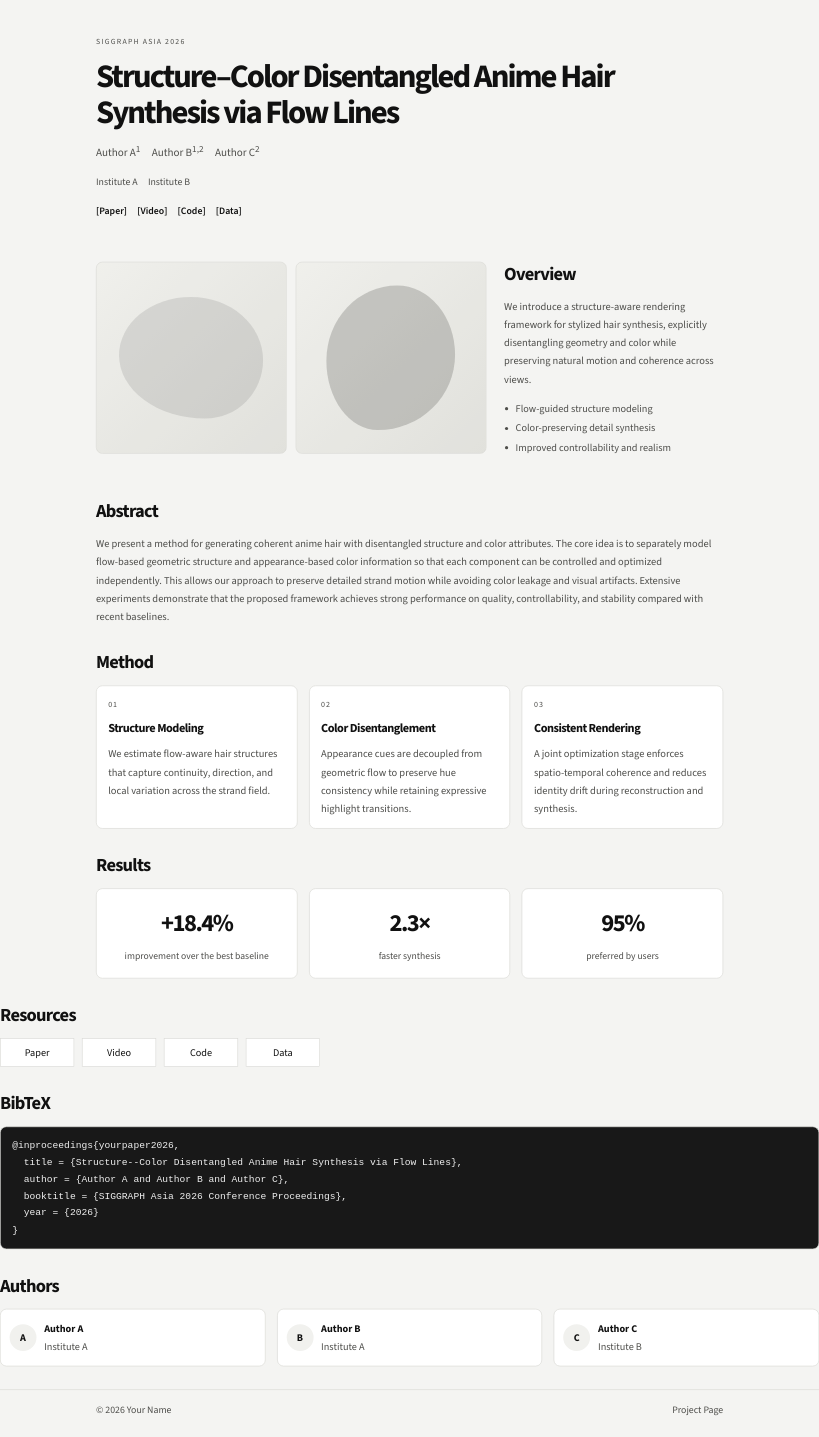
Repository: zty0304/FlowLines-web
Page: index.html
These files come from the project's save history. The page is drawn as it stood at one moment and after the next save; the edit follows.
The browser window is 1280 px wide. The pictures show the whole page, at 64% of full size.

Above is the page before, as saved 2026-08-31 15:16:36.

### index.html
<!DOCTYPE html>
<html lang="en">
  <head>
    <meta charset="UTF-8" />
    <meta name="viewport" content="width=device-width, initial-scale=1.0" />
    <meta
      name="description"
      content="Academic project page template for a SIGGRAPH-style paper landing page."
    />
    <title>Your Paper Title</title>
    <link rel="preconnect" href="https://fonts.googleapis.com" />
    <link rel="preconnect" href="https://fonts.gstatic.com" crossorigin />
    <link
      href="https://fonts.googleapis.com/css2?family=Source+Sans+3:wght@400;500;600;700&display=swap"
      rel="stylesheet"
    />
    <link rel="stylesheet" href="styles.css" />
  </head>
  <body>
    <div class="page-shell">
      <div class="container">
        <header class="hero">
          <div class="badge">SIGGRAPH Asia 2026</div>
          <h1>Structure–Color Disentangled Anime Hair Synthesis via Flow Lines</h1>

          <div class="authors">
            <span>Author A<sup>1</sup></span>
            <span>Author B<sup>1,2</sup></span>
            <span>Author C<sup>2</sup></span>
          </div>

          <div class="affiliations">
            <span>Institute A</span>
            <span>Institute B</span>
          </div>

          <div class="links">
            <a href="https://example.com/paper.pdf" target="_blank" rel="noreferrer">[Paper]</a>
            <a href="https://example.com/video" target="_blank" rel="noreferrer">[Video]</a>
            <a href="https://github.com/yourname/yourrepo" target="_blank" rel="noreferrer">[Code]</a>
            <a href="https://example.com/dataset" target="_blank" rel="noreferrer">[Data]</a>
          </div>
        </header>

        <section class="teaser">
          <div class="teaser-figure">
            <div class="figure-panel figure-left"></div>
            <div class="figure-panel figure-right"></div>
          </div>
          <div class="teaser-copy">
            <h2>Overview</h2>
            <p>
              We introduce a structure-aware rendering framework for stylized hair synthesis,
              explicitly disentangling geometry and color while preserving natural motion and
              coherence across views.
            </p>
            <ul>
              <li>Flow-guided structure modeling</li>
              <li>Color-preserving detail synthesis</li>
              <li>Improved controllability and realism</li>
            </ul>
          </div>
        </section>

        <section id="abstract" class="section">
          <h2>Abstract</h2>
          <p>
            We present a method for generating coherent anime hair with disentangled structure and
            color attributes. The core idea is to separately model flow-based geometric structure and
            appearance-based color information so that each component can be controlled and optimized
            independently. This allows our approach to preserve detailed strand motion while avoiding
            color leakage and visual artifacts. Extensive experiments demonstrate that the proposed
            framework achieves strong performance on quality, controllability, and stability compared
            with recent baselines.
          </p>
        </section>

        <section id="method" class="section">
          <h2>Method</h2>
          <div class="card-grid">
            <article class="card">
              <div class="card-index">01</div>
              <h3>Structure Modeling</h3>
              <p>
                We estimate flow-aware hair structures that capture continuity, direction, and local
                variation across the strand field.
              </p>
            </article>
            <article class="card">
              <div class="card-index">02</div>
              <h3>Color Disentanglement</h3>
              <p>
                Appearance cues are decoupled from geometric flow to preserve hue consistency while
                retaining expressive highlight transitions.
              </p>
            </article>
            <article class="card">
              <div class="card-index">03</div>
              <h3>Consistent Rendering</h3>
              <p>
                A joint optimization stage enforces spatio-temporal coherence and reduces identity drift
                during reconstruction and synthesis.
              </p>
            </article>
          </div>
        </section>

        <section id="results" class="section">
          <h2>Results</h2>
          <div class="stats">
            <div class="stat">
              <strong>+18.4%</strong>
              <span>improvement over the best baseline</span>
            </div>
            <div class="stat">
              <strong>2.3×</strong>
              <span>faster synthesis</span>
            </div>
            <div class="stat">
              <strong>95%</strong>
              <span>preferred by users</span>
            </div>
          </div>
        </div>

        <section class="section">
          <h2>Resources</h2>
          <div class="resources">
            <a href="https://example.com/paper.pdf" target="_blank" rel="noreferrer">Paper</a>
            <a href="https://example.com/video" target="_blank" rel="noreferrer">Video</a>
            <a href="https://github.com/yourname/yourrepo" target="_blank" rel="noreferrer">Code</a>
            <a href="https://example.com/dataset" target="_blank" rel="noreferrer">Data</a>
          </div>
        </section>

        <section id="citation" class="section">
          <h2>BibTeX</h2>
          <pre>@inproceedings{yourpaper2026,
  title = {Structure--Color Disentangled Anime Hair Synthesis via Flow Lines},
  author = {Author A and Author B and Author C},
  booktitle = {SIGGRAPH Asia 2026 Conference Proceedings},
  year = {2026}
}</pre>
        </section>

        <section id="team" class="section">
          <h2>Authors</h2>
          <div class="team">
            <div class="person">
              <div class="avatar">A</div>
              <div>
                <strong>Author A</strong>
                <span>Institute A</span>
              </div>
            </div>
            <div class="person">
              <div class="avatar">B</div>
              <div>
                <strong>Author B</strong>
                <span>Institute A</span>
              </div>
            </div>
            <div class="person">
              <div class="avatar">C</div>
              <div>
                <strong>Author C</strong>
                <span>Institute B</span>
              </div>
            </div>
          </div>
        </section>
      </div>

      <footer class="footer">
        <div class="container footer-inner">
          <span>© <span id="year"></span> Your Name</span>
          <span>Project Page</span>
        </div>
      </footer>
    </div>

    <script src="script.js"></script>
  </body>
</html>

### styles.css
:root {
  --bg: #f4f4f2;
  --panel: #ffffff;
  --soft: #f1f1ee;
  --line: #d9d9d5;
  --text: #111111;
  --muted: #4e4e4b;
  --accent: #1f1f1f;
}

* {
  box-sizing: border-box;
}

html {
  scroll-behavior: smooth;
}

body {
  margin: 0;
  background: var(--bg);
  color: var(--text);
  font-family: "Source Sans 3", sans-serif;
  line-height: 1.7;
}

img {
  max-width: 100%;
  display: block;
}

p,
li,
span {
  color: var(--muted);
}

a {
  color: inherit;
  text-decoration: none;
}

.page-shell {
  min-height: 100vh;
}

.container {
  width: min(980px, calc(100% - 32px));
  margin: 0 auto;
}

.hero {
  padding-top: 54px;
  padding-bottom: 26px;
}

.badge {
  font-size: 0.76rem;
  letter-spacing: 0.16em;
  text-transform: uppercase;
  color: var(--muted);
  margin-bottom: 16px;
}

h1 {
  margin: 0;
  font-size: clamp(2.3rem, 4vw, 3.5rem);
  line-height: 1.1;
  letter-spacing: -0.06em;
}

.authors,
.affiliations,
.links {
  margin-top: 18px;
}

.authors {
  display: flex;
  flex-wrap: wrap;
  gap: 18px;
  font-size: 1.08rem;
}

.affiliations {
  display: flex;
  flex-wrap: wrap;
  gap: 16px;
  font-size: 0.96rem;
}

.links {
  display: flex;
  flex-wrap: wrap;
  gap: 16px;
  font-size: 0.96rem;
  font-weight: 600;
}

.teaser {
  display: grid;
  grid-template-columns: 1.4fr 0.8fr;
  gap: 22px;
  align-items: center;
  padding: 18px 0 10px;
}

.teaser-figure {
  display: grid;
  grid-template-columns: repeat(2, minmax(0, 1fr));
  gap: 14px;
  min-height: 300px;
}

.figure-panel {
  border: 1px solid var(--line);
  background: linear-gradient(135deg, #ecece7 0%, #dadad4 100%);
  border-radius: 10px;
  min-height: 260px;
  position: relative;
  overflow: hidden;
}

.figure-panel::before,
.figure-panel::after {
  content: "";
  position: absolute;
  inset: 0;
  background: rgba(255, 255, 255, 0.18);
}

.figure-left::after {
  inset: 18% 12% 18% 12%;
  border-radius: 50% 50% 40% 60% / 48% 52% 48% 52%;
  background: rgba(123, 123, 120, 0.2);
}

.figure-right::after {
  inset: 12% 16% 12% 16%;
  border-radius: 55% 45% 60% 40% / 52% 48% 52% 48%;
  background: rgba(77, 77, 74, 0.25);
}

.teaser-copy {
  padding: 18px 6px;
}

.teaser-copy h2,
.section h2 {
  margin: 0 0 12px;
  font-size: 1.8rem;
  letter-spacing: -0.04em;
}

.teaser-copy p,
.section p {
  margin: 0;
  font-size: 1.02rem;
  line-height: 1.75;
}

.teaser-copy ul {
  margin: 16px 0 0;
  padding-left: 18px;
  line-height: 1.9;
}

.section {
  padding-top: 32px;
}

.card-grid {
  display: grid;
  grid-template-columns: repeat(3, minmax(0, 1fr));
  gap: 18px;
  margin-top: 8px;
}

.card {
  border: 1px solid var(--line);
  background: var(--panel);
  padding: 18px 18px 16px;
  border-radius: 10px;
}

.card-index {
  color: var(--muted);
  font-size: 0.78rem;
  letter-spacing: 0.12em;
  margin-bottom: 10px;
}

.card h3 {
  margin: 0 0 10px;
  font-size: 1.2rem;
  letter-spacing: -0.04em;
}

.card p {
  margin: 0;
}

.stats {
  display: grid;
  grid-template-columns: repeat(3, minmax(0, 1fr));
  gap: 18px;
  margin-top: 12px;
}

.stat {
  border: 1px solid var(--line);
  background: var(--panel);
  border-radius: 10px;
  padding: 20px 16px;
  text-align: center;
}

.stat strong {
  display: block;
  font-size: clamp(1.8rem, 3vw, 2.5rem);
  letter-spacing: -0.06em;
  margin-bottom: 6px;
}

.stat span {
  color: var(--muted);
  font-size: 0.94rem;
}

.resources {
  display: flex;
  flex-wrap: wrap;
  gap: 12px;
  margin-top: 8px;
}

.resources a {
  display: inline-flex;
  align-items: center;
  justify-content: center;
  min-width: 116px;
  border: 1px solid var(--line);
  background: var(--panel);
  padding: 8px 12px;
}

pre {
  margin: 0;
  padding: 16px 18px;
  border: 1px solid var(--line);
  border-radius: 10px;
  background: #181818;
  color: #f1f1f1;
  overflow-x: auto;
  white-space: pre-wrap;
  line-height: 1.75;
  font-size: 0.94rem;
}

.team {
  display: grid;
  grid-template-columns: repeat(3, minmax(0, 1fr));
  gap: 18px;
  margin-top: 10px;
}

.person {
  display: flex;
  align-items: center;
  gap: 12px;
  background: var(--panel);
  border: 1px solid var(--line);
  border-radius: 10px;
  padding: 16px 14px;
}

.avatar {
  width: 42px;
  height: 42px;
  border-radius: 50%;
  display: grid;
  place-items: center;
  background: var(--soft);
  font-weight: 700;
}

.person strong {
  display: block;
  color: var(--text);
  margin-bottom: 2px;
}

.footer {
  border-top: 1px solid var(--line);
  margin-top: 36px;
  padding: 18px 0 30px;
}

.footer-inner {
  display: flex;
  justify-content: space-between;
  align-items: center;
  gap: 10px;
  flex-wrap: wrap;
  font-size: 0.96rem;
}

@media (max-width: 760px) {
  .teaser,
  .card-grid,
  .stats,
  .team {
    grid-template-columns: 1fr;
  }

  .teaser {
    display: block;
  }

  .teaser-figure {
    margin-bottom: 18px;
  }

  .resources {
    flex-direction: column;
    align-items: flex-start;
  }
}

### script.js
document.getElementById('year').textContent = new Date().getFullYear();

After the next save:
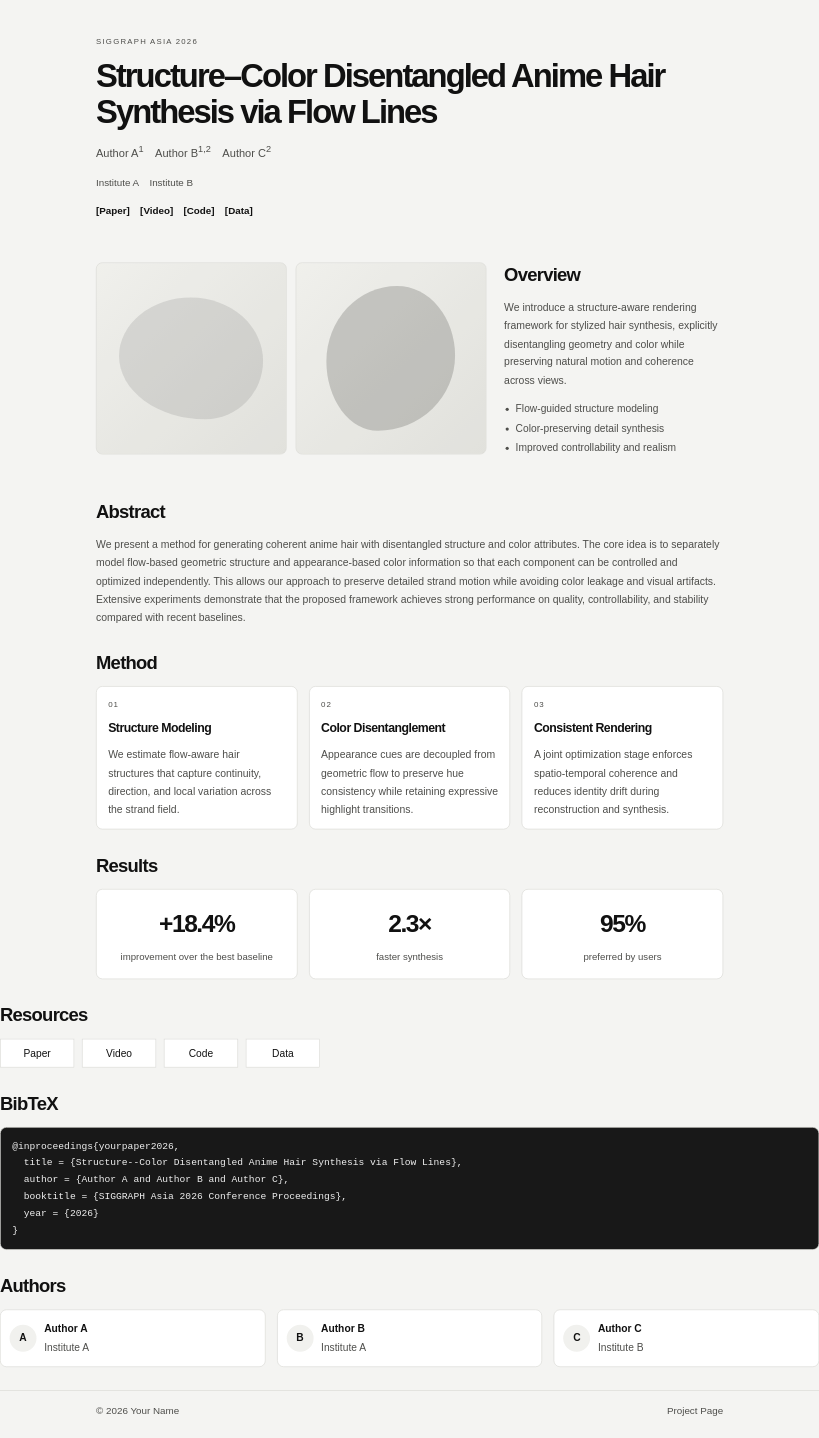
Saved 2 min 37 s later.
--- a/index.html
+++ b/index.html
@@ -3,15 +3,10 @@
   <head>
     <meta charset="UTF-8" />
     <meta name="viewport" content="width=device-width, initial-scale=1.0" />
-    <meta
-      name="description"
-      content="Academic project page template for a SIGGRAPH-style paper landing page."
-    />
+    <meta name="description" content="Academic Research Paper Project Page" />
     <title>Your Paper Title</title>
-    <link rel="preconnect" href="https://fonts.googleapis.com" />
-    <link rel="preconnect" href="https://fonts.gstatic.com" crossorigin />
     <link
-      href="https://fonts.googleapis.com/css2?family=Source+Sans+3:wght@400;500;600;700&display=swap"
+      href="https://fonts.googleapis.com/css2?family=Noto+Serif:wght@400;700&family=Open+Sans:wght@400;600;700&display=swap"
       rel="stylesheet"
     />
     <link rel="stylesheet" href="styles.css" />
